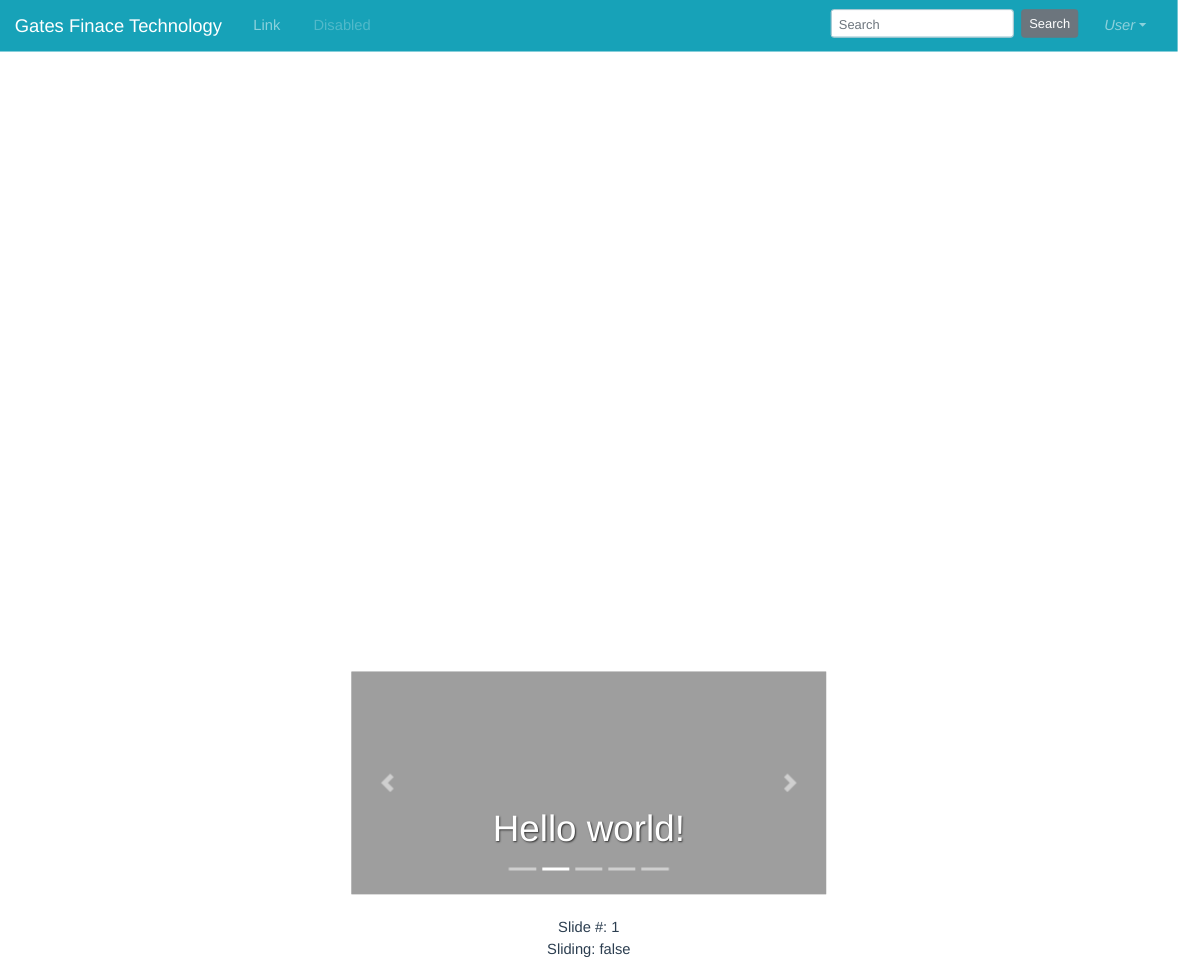
Repository: sqsssq/GatesFinace
Page: /main (app in webview/)
These files come from the project's save history. The page is drawn as it stood at one moment and after the next save; the edit follows.
The browser window is 1280 px wide. The page is 1295 px wide, so the pictures cover 1295 px, including what lies to the right of the window. The pictures show the whole page, at 92% of full size.
Pictures or frames that could not be fetched are drawn as grey boxes. The project was rebuilt for these pictures with package versions that can differ from the ones it lists, and the page was loaded fresh each time. Also part of the build but not shown: webview/src/components/HelloWorld.vue, webview/src/views/Home.vue.

Above is the page before, as saved 2020-11-03 09:40:57.

After the next save:
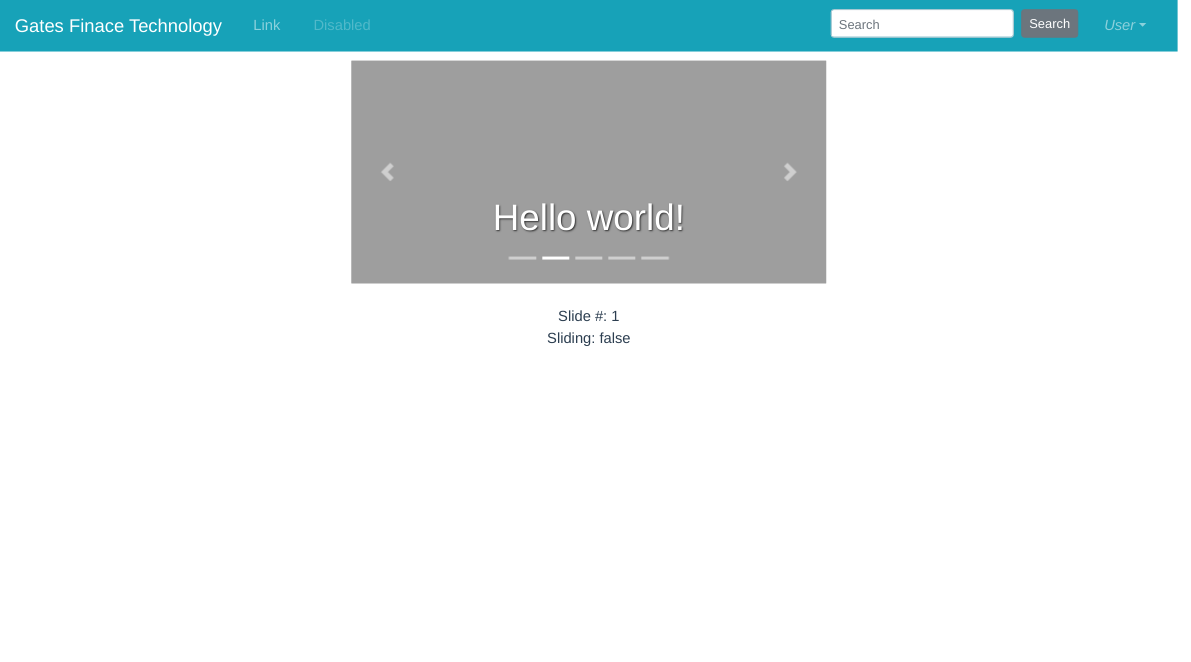
Saved 82 s later.
--- a/webview/src/views/main.vue
+++ b/webview/src/views/main.vue
@@ -10,7 +10,7 @@
   <div class="container-fiuled" style="height: 100%;">
     <!-- <img alt="Vue logo" src="../assets/logo.png"> -->
     <!-- <HelloWorld msg="Welcome to Your Vue.js App" style="height:100%"/> -->
-    <gatesNavbar style="height: 100%" />
+    <gatesNavbar />
     <div class="row" style="margin-top: 10px;">
       <div class="col" style="border: 1px black;">
       </div>
